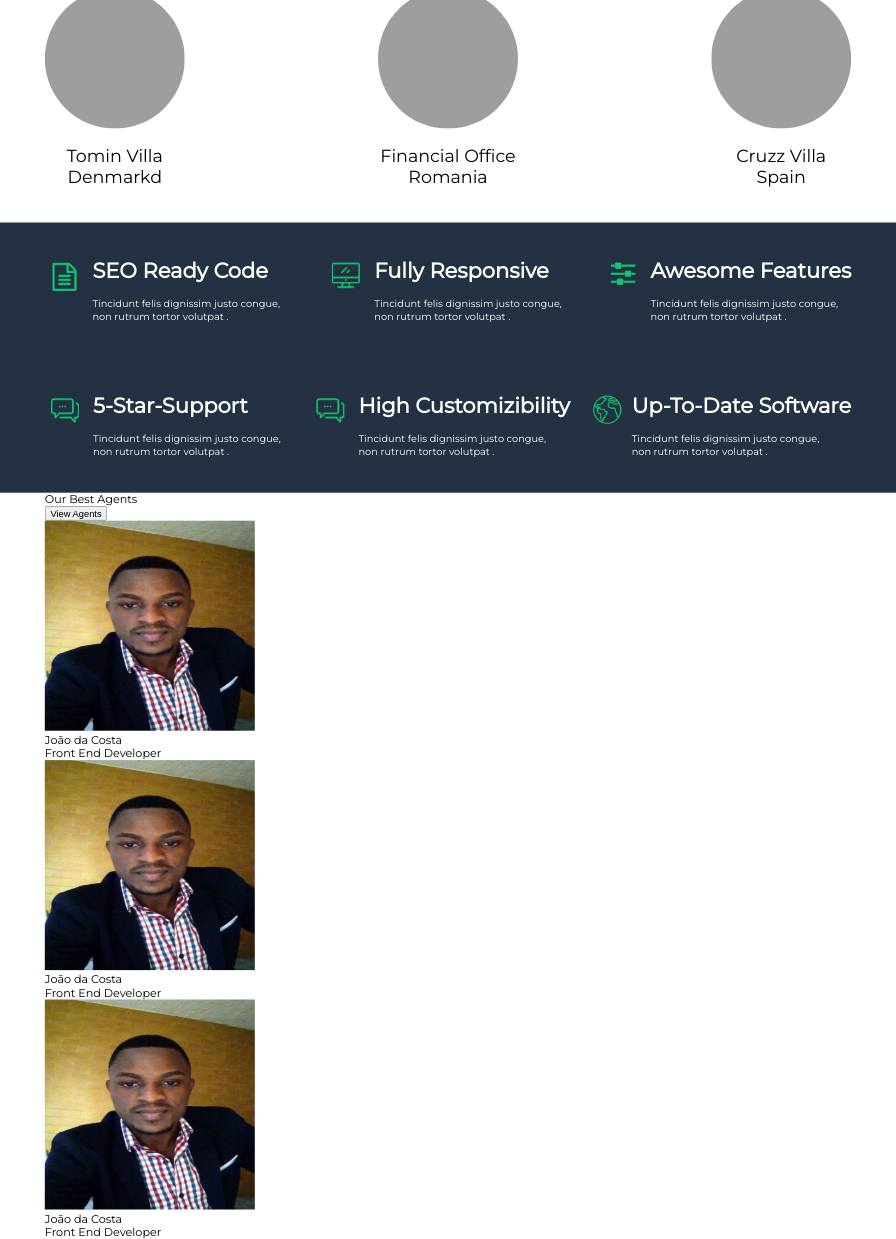
Repository: Yowani24/Real-Estate2
Page: index.html
An editor plug-in stored every save of this project. The page is shown before and after the next save, followed by the edit.
The browser window is 1280 px wide. The pictures show the part of the page from y = 1057 to 2977 px (the page is 2827 px tall before and 2977 px after), at 70% of full size.
Pictures or frames that could not be fetched are drawn as grey boxes. Some web fonts or font styles are not loaded; a fallback is used.

Above is the page before, as saved 2021-08-27 14:57:32.

### index.html
<!DOCTYPE html>
<html lang="en">
<head>
    <meta charset="UTF-8">
    <meta http-equiv="X-UA-Compatible" content="IE=edge">
    <meta name="viewport" content="width=device-width, initial-scale=1.0">
    <title>Real State</title>
    <link rel="stylesheet" href="styles.css">

    <!-- ============FONT-FAMILY============== -->
    <link rel="preconnect" href="https://fonts.googleapis.com">
    <link rel="preconnect" href="https://fonts.gstatic.com" crossorigin>
    <link href="https://fonts.googleapis.com/css2?family=Montserrat&family=Rozha+One&display=swap" rel="stylesheet">

    <!-- ======================VUELS CDN=================== -->
    <script src="https://cdn.jsdelivr.net/npm/vue@2"></script>

</head>
<body>
    <Header>
        <div class="interface_wrapper header_wrapper">
            <div class="logo_box">
                <img src="/images/realLogo.png" alt="">
                <p><span>Real</span> Estate</p>
            </div>

            <div class="menu">
                <nav>
                    <ul>
                        <li><a href="#">Home</a></li>
                        <li><a href="#">About</a></li>
                        <li><a href="#">Agents</a></li>
                        <li><a href="#">Price</a></li>
                        <li><a href="#">Blog</a></li>
                    </ul>
                </nav>
            </div>
        </div>
    </Header>

    <section class="showcase_sec">
        <div class="interface_wrapper showcase">
            <p>Give Life For Your <br/>Dream <span>Home</span></p>
            <p>Always on the lookout for the hi-tech advancements.  Build not only a product that can sell well, but a platform through which to deliver it.</p>

            <div class="btns_box">
                <button>Read more</button>
                <button>Contact Us</button>
            </div>
        </div>
    </section>

    <section class="about_us_sec">
        <div class="interface_wrapper about_us">
            <p><span>About</span> Us</p>
            <p>A modern and unique style </p>

            <div id="app">
                <div v-for="item in items">
                    <img :src="item.ima" alt="">
                    <p>{{item.desc}}</p>
                </div>
            </div>
        </div>
    </section>

    <section class="services_sec">
        <div id="services" class="interface_wrapper services">
            <div class="services_box" v-for="item in items">
                <img :src="item.ima" alt="">
                <div>
                    <p>{{item.titulo}}</p>
                    <p>{{item.desc}}</p>
                </div>
            </div>
        </div>
    </section>

    <section class="best_agents_sec">
        <div class="interface_wrapper best_agents">
            <div id="bestAgents">
                <div>
                    <p>Our Best Agents</p>
                    <button>View Agents</button>
                </div>
                <div class="agents_box" v-for="item in items">
                    <img :src="item.ima" alt="">
                    <p>{{item.name}}</p>
                    <p>{{item.office}}</p>
                </div>
            </div>
        </div>
    </section>



    <script>
        var app = new Vue({
            el: '#app',
            data: {
                items: [
                    {ima:'https://images.unsplash.com/photo-1583231684537-bd79dc887244?ixlib=rb-1.2.1&ixid=MnwxMjA3fDB8MHxwaG90by1yZWxhdGVkfDZ8fHxlbnwwfHx8fA%3D%3D&auto=format&fit=crop&w=500&q=60', desc:'Tomin Villa Denmarkd'},
                    {ima:'https://images.unsplash.com/photo-1613490493576-7fde63acd811?ixlib=rb-1.2.1&ixid=MnwxMjA3fDB8MHxwaG90by1yZWxhdGVkfDV8fHxlbnwwfHx8fA%3D%3D&auto=format&fit=crop&w=500&q=60', desc:'Financial Office Romania'},
                    {ima:'https://images.unsplash.com/photo-1416331108676-a22ccb276e35?ixlib=rb-1.2.1&ixid=MnwxMjA3fDB8MHxwaG90by1yZWxhdGVkfDJ8fHxlbnwwfHx8fA%3D%3D&auto=format&fit=crop&w=500&q=60', desc:'Cruzz Villa Spain'},
                ]
            }
        });

        var app = new Vue({
            el: '#services',
            data: {
                items: [
                    {ima:'/images/SEO_Ready_Code.png', titulo:'SEO Ready Code', desc:'Tincidunt felis dignissim justo congue, non rutrum tortor volutpat .'},
                    {ima:'/images/Fully_Responsive.png', titulo:'Fully Responsive', desc:'Tincidunt felis dignissim justo congue, non rutrum tortor volutpat .'},
                    {ima:'/images/Awesome_Features.png', titulo:'Awesome Features', desc:'Tincidunt felis dignissim justo congue, non rutrum tortor volutpat .'},
                    {ima:'/images/5-Star-Support.png', titulo:'5-Star-Support', desc:'Tincidunt felis dignissim justo congue, non rutrum tortor volutpat .'},
                    {ima:'/images/5-Star-Support.png', titulo:'High Customizibility', desc:'Tincidunt felis dignissim justo congue, non rutrum tortor volutpat .'},
                    {ima:'/images/Up-To-Date Software.png', titulo:'Up-To-Date Software', desc:'Tincidunt felis dignissim justo congue, non rutrum tortor volutpat .'},

                ]
            }
        });

        var app = new Vue({
            el: '#bestAgents',
            data: {
                items: [
                    {ima:'/images//www.jpg', name:'João da Costa', office:'Front End Developer'},
                    {ima:'/images//www.jpg', name:'João da Costa', office:'Front End Developer'},
                    {ima:'/images//www.jpg', name:'João da Costa', office:'Front End Developer'},


                ]
            }
        });

    </script>
</body>
</html>

### styles.css
*{
    margin: 0;
}

body{
    padding: 0;
    top: 0;
    left: 0;
    font-family: 'Montserrat', sans-serif;
}
.interface_wrapper{
    width: 90%;
    margin: 0 auto;
}

/* ======================HEADER======================= */
Header{
    background: rgb(23,34,47);
    color: #FFFFFF;
    padding: 10px 0;

}
.header_wrapper{
    display: flex;
    justify-content: space-between;
    align-items:center;
}
.logo_box{
    display: flex;
    align-items: center;
}
.logo_box p{
    font-size: 40px;
    font-weight: 400;
    font-family: 'Rozha One', serif;

}
.logo_box span{
    color: rgb(10, 199, 117);
}
Header .menu nav ul{
    display: flex;
    padding: 0;
}
Header .menu nav li{
    list-style: none;
    margin: 0 20px;
}
Header .menu nav a{
    text-decoration: none;
    color: #FFFFFF;
    font-size: 19px;

}

/* ======================SHOWCASE_SECTION======================= */
.showcase_sec{
    padding-top: 150px;
    padding-bottom: 100px;
    background-image: url('https://images.unsplash.com/photo-1544890603-cf0ce2d65561?ixlib=rb-1.2.1&ixid=MnwxMjA3fDB8MHxwaG90by1wYWdlfHx8fGVufDB8fHx8&auto=format&fit=crop&w=750&q=80');
    background-repeat: no-repeat;
    background-position: center;
    background-size: cover;
}
.showcase p:nth-child(1) {
    font-size: 85px;
    font-family: 'Rozha One', serif;
    width: 800px;
    border-left: 3px solid rgb(10, 199, 117);
    padding-left: 10px;
    line-height: 1;
    margin: 0 auto;
    color: #FFFFFF;

}
.showcase p:nth-child(1) span {
    color: rgb(10, 199, 117);
}

.showcase p:nth-child(2) {
    font-size: 16px;
    color: rgb(255, 255, 255);
    width: 650px;
    line-height: 2;
    margin-top: 75px;
}

.btns_box{
    margin-top: 40px;
}
.btns_box button {
    border: 2px solid rgb(10, 199, 117);
    padding: 0 45px;
    height: 55px;
    font-size: 16px;
    border-radius: 50px;
    font-weight: 500;
    color: #FFFFFF;
    line-height: 19px;
    cursor: pointer;
}

.btns_box button:nth-child(1) {
    background: rgb(10, 199, 117);
}
.showcase button:nth-child(2) {
    color:#FFFFFF;
    margin-left: 10px;
    background: none;
}


/* ======================ABOUT US======================= */
.about_us_sec{
    padding-bottom: 50px;
}
.about_us {
    display: flex;
    flex-direction: column;
}
.about_us p:nth-child(1) {
    font-size: 40px;
    border-left: 3px solid rgb(10, 199, 117);
    padding-left: 10px;
    margin: 0 auto;
    margin-top: 100px;
    margin-bottom: 10px;

}
.about_us p:nth-child(1) span {
    color: rgb(10, 199, 117);
}

.about_us p:nth-child(2) {
    font-size: 22px;
    font-style: italic;
    text-align: center;
    margin-bottom: 100px;
}

#app{
    display: flex;
    align-items: center;
    justify-content: space-between;
    width: 100%;
}
#app img{
    width: 200px;
    height: 200px;
    border-radius:100%;
}
#app p{
    text-align: center;
    font-size: 25px;
    width: 200px;
    margin: 0 auto;
    margin-top: 20px;
    font-style: normal;
}


/* ======================SERVICES======================= */

.services_sec{
    background: rgb(35, 49, 66);
    color: rgb(255, 255, 255);
}
.services{
    display: flex;
    flex-wrap: wrap;
    justify-content: space-between;
}
.services_box{
    display: flex;
    margin: 50px 0;
    align-items: flex-start;
}
.services_box img{
    margin-right: 10px;
}
.services_box p:nth-child(1){
    font-size: 30px;
    font-weight: bold;
}
.services_box p:nth-child(2){
    font-size: 14px;
    width: 280px;
    margin-top: 20px;
}



/* ======================OUR BEST AGENTS======================= */


.agents_box{
    width: 300px;
}
.agents_box img{
    width: 100%;
    height: 300px;
}

After the next save:
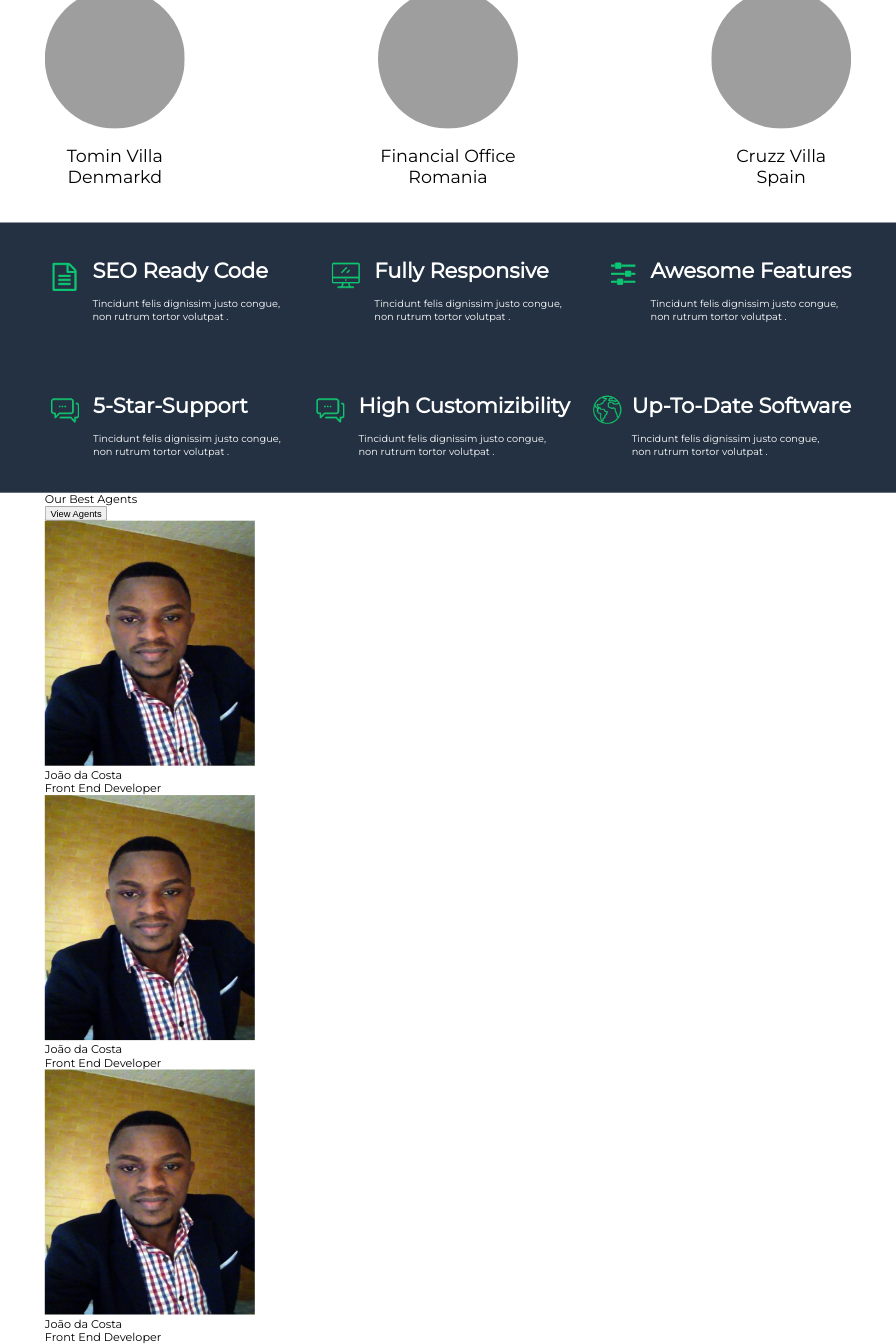
Saved 4 s later.
--- a/styles.css
+++ b/styles.css
@@ -198,5 +198,5 @@ Header .menu nav a{
 }
 .agents_box img{
     width: 100%;
-    height: 300px;
-}
+    height: 350px;
+}
